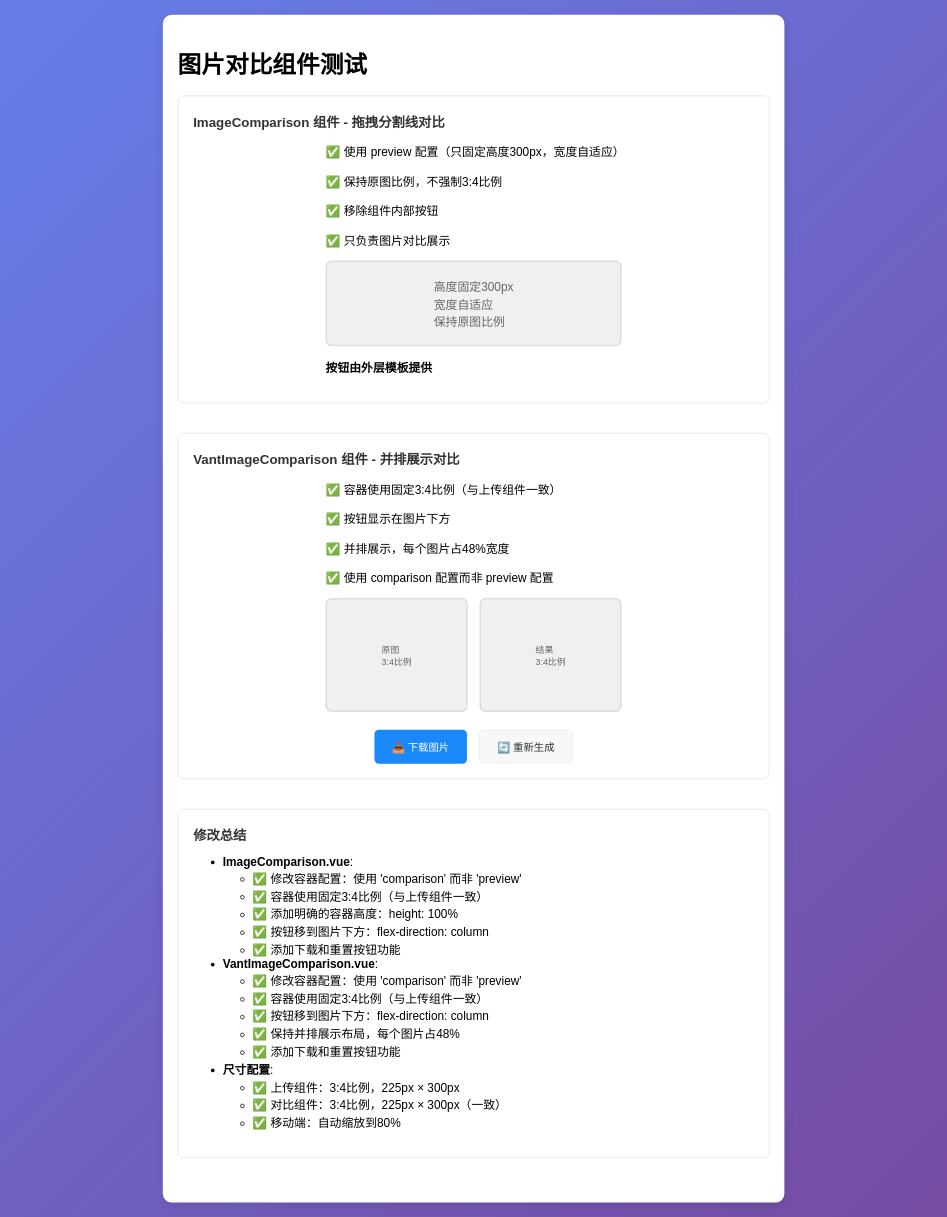
Repository: fooldychi/undress
Page: test-components.html
The author's editor kept a copy of each file at every save. The page is drawn from the files as they stood at one save, then again after the next save.
The browser window is 1280 px wide. The pictures show the whole page, at 74% of full size.

Above is the page before, as saved 2025-07-13 14:58:23.

After the next save:
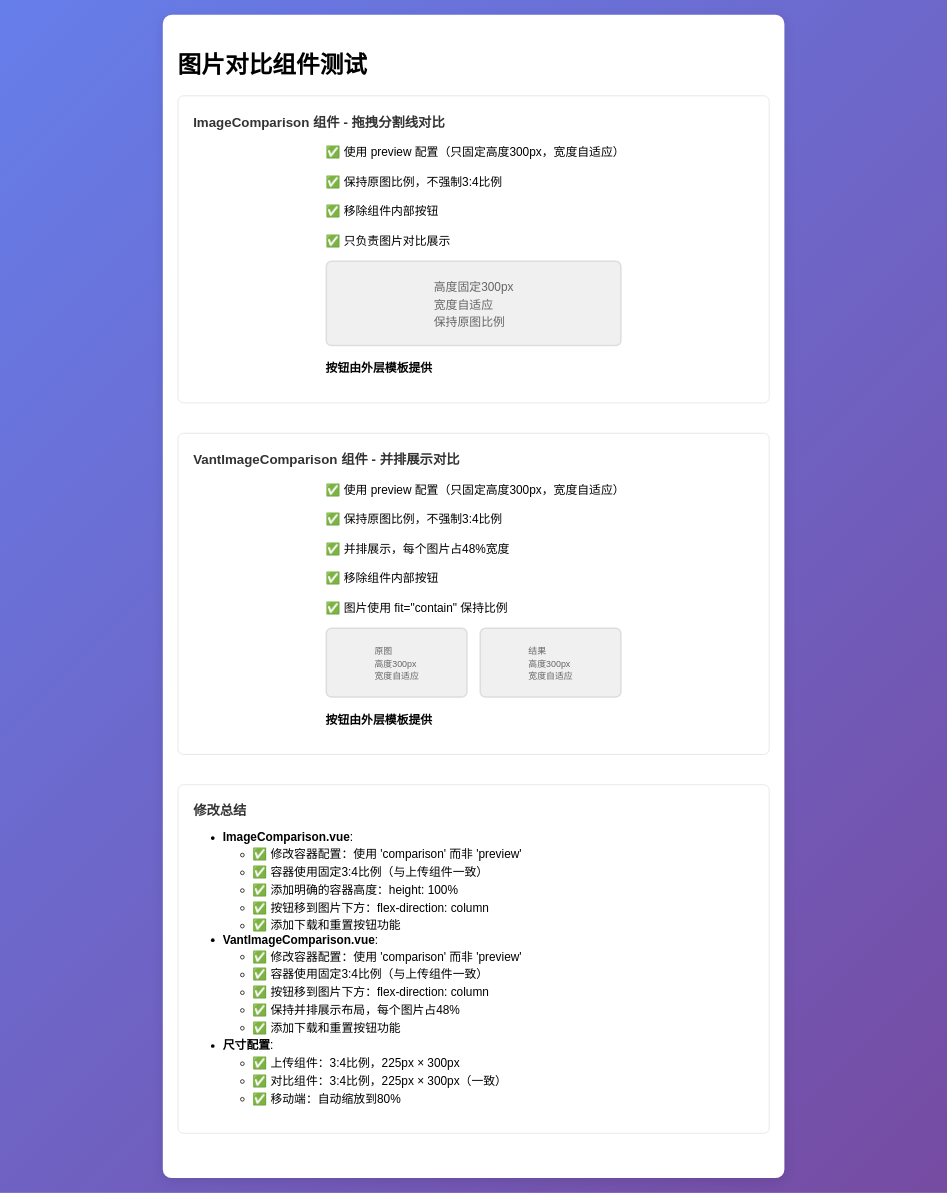
Saved 26 s later.
--- a/test-components.html
+++ b/test-components.html
@@ -92,30 +92,23 @@
         <div class="demo-section">
             <div class="demo-title">VantImageComparison 组件 - 并排展示对比</div>
             <div class="comparison-demo">
-                <p>✅ 容器使用固定3:4比例（与上传组件一致）</p>
-                <p>✅ 按钮显示在图片下方</p>
+                <p>✅ 使用 preview 配置（只固定高度300px，宽度自适应）</p>
+                <p>✅ 保持原图比例，不强制3:4比例</p>
                 <p>✅ 并排展示，每个图片占48%宽度</p>
-                <p>✅ 使用 comparison 配置而非 preview 配置</p>
+                <p>✅ 移除组件内部按钮</p>
+                <p>✅ 图片使用 fit="contain" 保持比例</p>
 
                 <!-- 模拟并排容器 -->
-                <div style="display: flex; gap: 4%; justify-content: center; margin: 16px auto; max-width: 400px;">
-                    <div style="width: 48%; height: 150px; background: #f0f0f0; border: 2px solid #ddd; border-radius: 8px; display: flex; align-items: center; justify-content: center;">
-                        <span style="color: #666; font-size: 12px;">原图<br>3:4比例</span>
+                <div style="display: flex; gap: 4%; justify-content: center; margin: 16px auto; max-width: 600px;">
+                    <div style="width: 48%; max-height: 300px; background: #f0f0f0; border: 2px solid #ddd; border-radius: 8px; display: flex; align-items: center; justify-content: center; padding: 20px;">
+                        <span style="color: #666; font-size: 12px;">原图<br>高度300px<br>宽度自适应</span>
                     </div>
-                    <div style="width: 48%; height: 150px; background: #f0f0f0; border: 2px solid #ddd; border-radius: 8px; display: flex; align-items: center; justify-content: center;">
-                        <span style="color: #666; font-size: 12px;">结果<br>3:4比例</span>
+                    <div style="width: 48%; max-height: 300px; background: #f0f0f0; border: 2px solid #ddd; border-radius: 8px; display: flex; align-items: center; justify-content: center; padding: 20px;">
+                        <span style="color: #666; font-size: 12px;">结果<br>高度300px<br>宽度自适应</span>
                     </div>
                 </div>
 
-                <!-- 模拟按钮区域 -->
-                <div class="result-actions">
-                    <button class="van-button van-button--primary">
-                        📥 下载图片
-                    </button>
-                    <button class="van-button">
-                        🔄 重新生成
-                    </button>
-                </div>
+                <p><strong>按钮由外层模板提供</strong></p>
             </div>
         </div>
 
